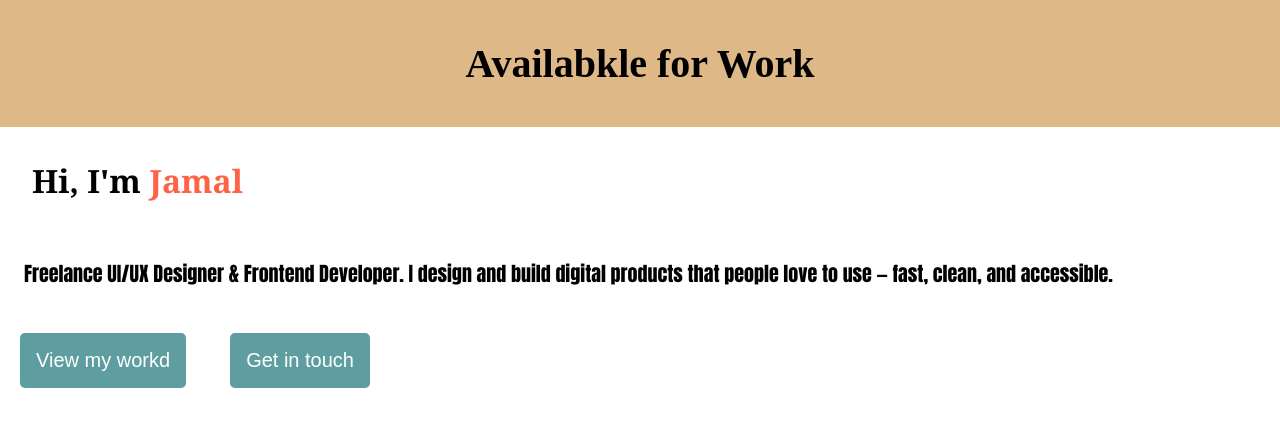
Repository: jamalissef-glitch/exercise1-JS
Page: Exercise33/index.html
These files come from the project's save history. The page is drawn as it stood at one moment and after the next save; the edit follows.
The browser window is 1280 px wide. The pictures show the whole page.

Above is the page before, as saved 2026-07-14 17:45:41.

### Exercise33/index.html
<!DOCTYPE html>
<html lang="en">

<head>
 <meta charset="UTF-8">
 <meta name="viewport" content="width=device-width, initial-scale=1.0">
 <title>DOM</title>
</head>

<style>
 * {
  padding: 0;
  margin: 0;
  box-sizing: border-box;
 }

 h3 {
  background-color: burlywood;
  padding: 2.5rem;
  text-align: center;
  font-size: 2.5rem;
  font-weight: bold;
 }

 #head {
  padding: 2rem;
  font-family: Georgia, 'Times New Roman', Times, serif;
  font-size: 2rem;
 }

 #head em {
  color: tomato;
  font-style: normal;
  font-weight: bold;
 }

 .desc {
  padding: 1.5rem;
  align-items: center;
  font-size: 20px;
  font-family: Impact, Haettenschweiler, 'Arial Narrow Bold', sans-serif;
 }

 button {

  padding: 1rem;
  margin: 1.25rem;
  background-color: cadetblue;
  border: none;
  border-radius: 5px;
  color: #fff;
  font-size: 20px;
 }
</style>

<body>

 <h3>Availabkle for Work</h3>
 <h1 id="head">Hi, I'm <em>Jamal</em></h1>
 <p class="desc">Freelance UI/UX Designer & Frontend Developer. I design and build digital products that people love to
  use — fast,
  clean, and accessible.</p>

 <button>View my workd</button>
 <button>Get in touch</button>


</body>

</html>

After the next save:
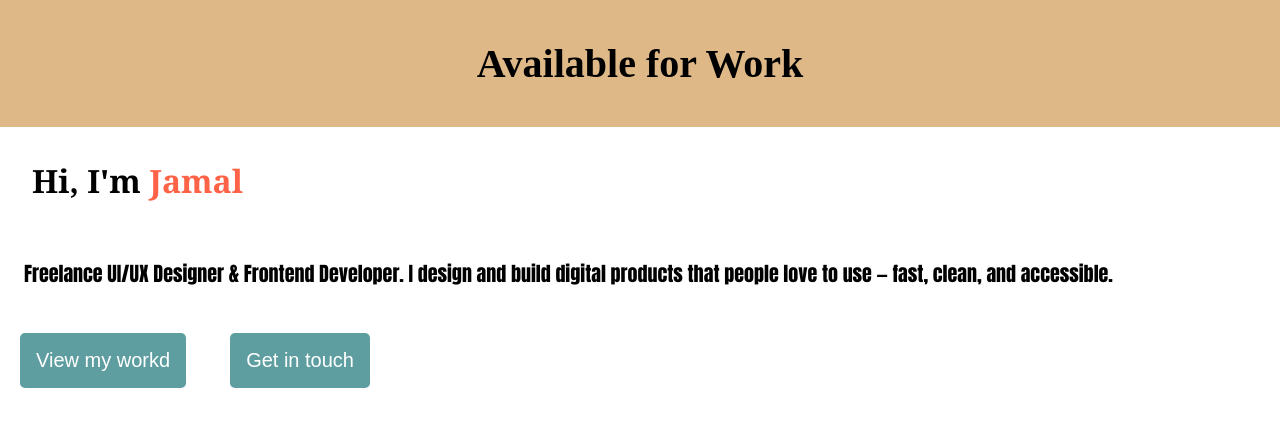
Saved 12 s later.
--- a/Exercise33/index.html
+++ b/Exercise33/index.html
@@ -55,7 +55,7 @@
 
 <body>
 
- <h3>Availabkle for Work</h3>
+ <h3>Available for Work</h3>
  <h1 id="head">Hi, I'm <em>Jamal</em></h1>
  <p class="desc">Freelance UI/UX Designer & Frontend Developer. I design and build digital products that people love to
   use — fast,
